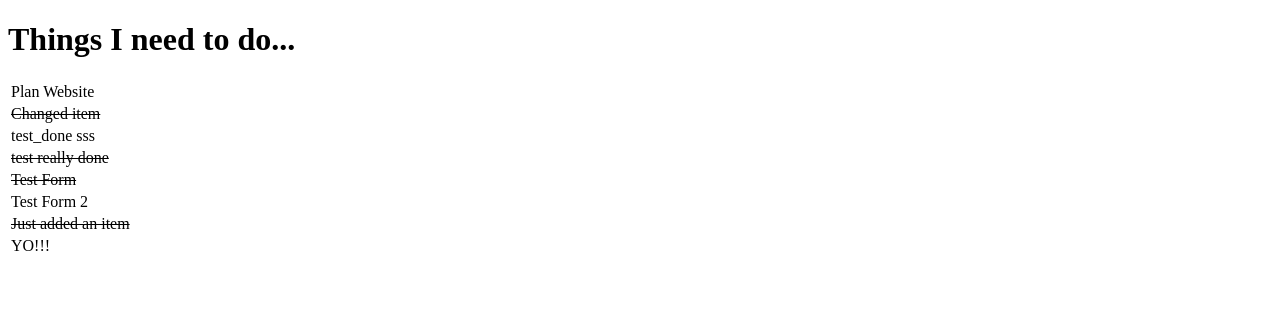
Repository: Vesss/django_testing
Page: http://localhost/
The author's editor kept a record of every edit. The page is drawn from the files as they stood at one moment, then again after the next edit.
The browser window is 1280 px wide. The pictures show the whole page.
The page is served by the project's application, run on Django 2.2 (manage.py). The page reads the database file committed with the project.

Above is the page before.

After the next edit:
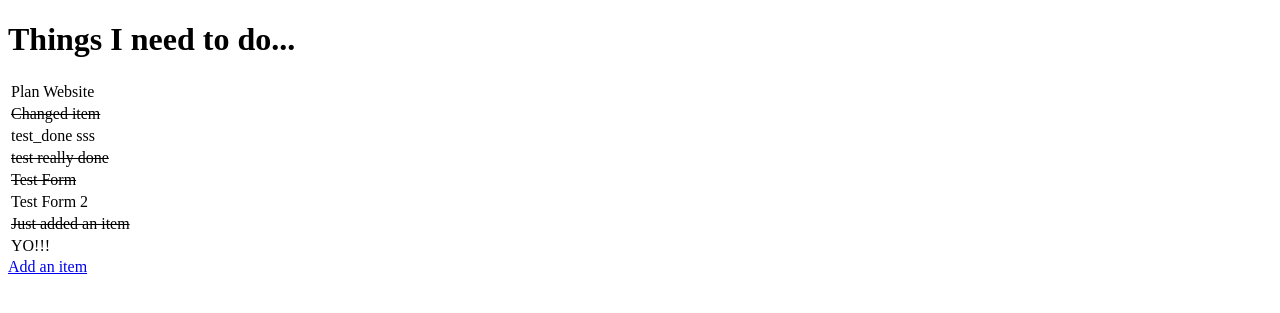
The edit:
--- a/todo/templates/todo_list.html
+++ b/todo/templates/todo_list.html
@@ -22,5 +22,8 @@
         <p>You have nothing to do.</p>
         {% endfor %}
     </table>
+
+    <a href="add">Add an item</a>
+
 </body>
 </html>
